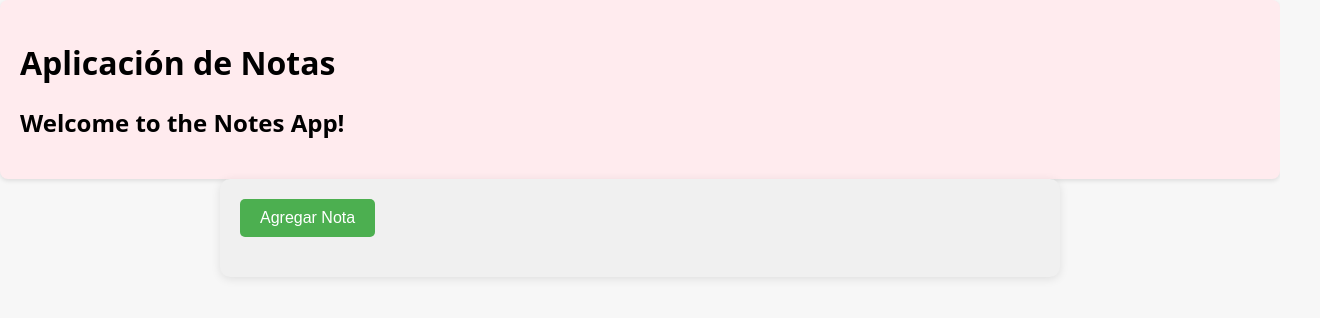
Repository: xunxuno/aplicacion_web_notas
Page: / (app in notas_web_app/)
An editor plug-in stored every save of this project. The page is shown before and after the next save, followed by the edit.
The browser window is 1280 px wide. The page is 1280 px wide, then 1320 px, so the pictures cover 1320 px, including what lies to the right of the window. The pictures show the whole page.
The project was rebuilt for these pictures with package versions that can differ from the ones it lists, and the page was loaded fresh each time. Also part of the build but not shown: notas_web_app/vite.config.ts, notas_web_app/src/components/Note.tsx, notas_web_app/src/components/NoteCollection.tsx, notas_web_app/src/components/NoteModal.tsx.

Above is the page before, as saved 2024-10-02 15:55:58.

After the next save:
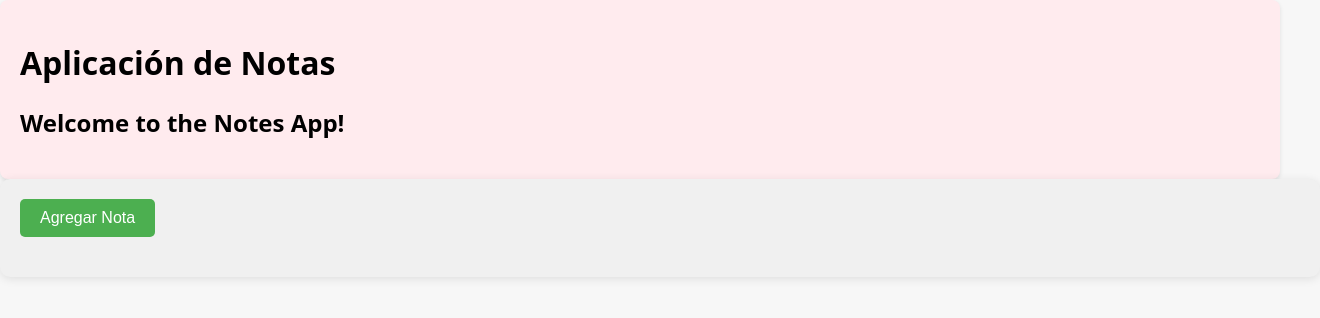
Saved 17 s later.
--- a/notas_web_app/src/styles.css
+++ b/notas_web_app/src/styles.css
@@ -9,7 +9,7 @@ body {
 
 /* Estilo para el contenedor principal de la aplicación */
 .app-container {
-  max-width: 800px; /* Ancho máximo */
+  width: 100%; /* Ancho máximo */
   margin: 0 auto; /* Centrar el contenedor */
   padding: 20px; /* Espaciado interno */
   background-color: #f0f0f0; /* Color de fondo claro */
